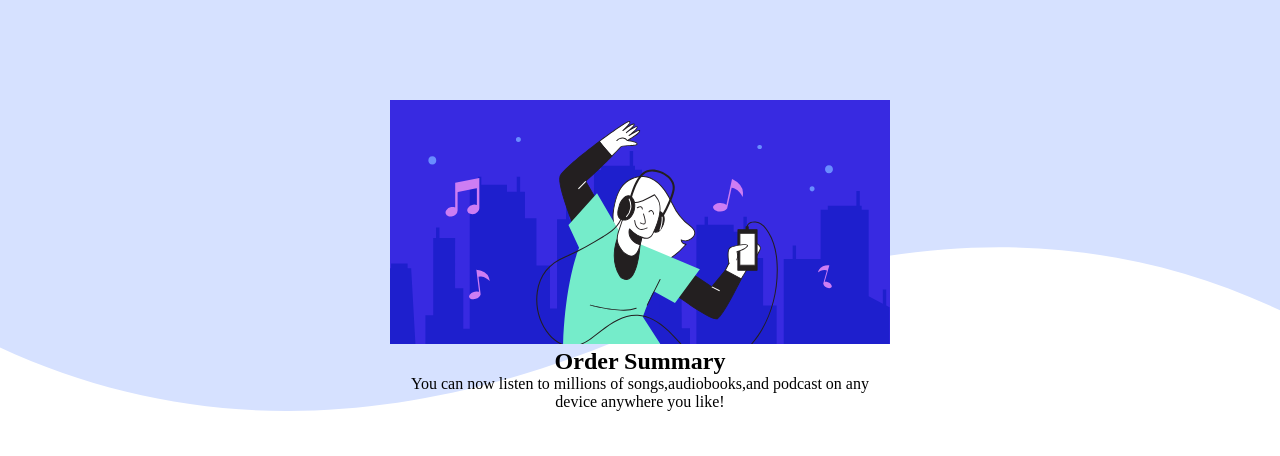
Repository: Eugene44-hub/newbie-project
Page: index.html
The author's editor kept a copy of each file at every save. The page is drawn from the files as they stood at one save, then again after the next save.
The browser window is 1280 px wide. The pictures show the whole page.

Above is the page before, as saved 2021-08-29 02:27:31.

### index.html
<!DOCTYPE html>
<html lang="en">

<head>
    <link rel="stylesheet" href="style.css">
    <meta charset="UTF-8">
    <meta http-equiv="X-UA-Compatible" content="IE=edge">
    <meta name="viewport" content="width=device-width, initial-scale=1.0">
    <title>Document</title>
</head>

<body>
    <div class="container">

        <div class="card-container">
            <div class="card">
                <div class="content">
                    <img src="illustration-hero.svg" alt="">
                    <div>
                        <h2>Order Summary</h2>
                        <p>You can now listen to millions of songs,audiobooks,and podcast on any device anywhere you like!</p>
                    </div>
                </div>

            </div>
        </div>

    </div>
</body>

</html>

### style.css
* {
    padding: 0;
    margin: 0;
}

.container {
    background-image: url('pattern-background-desktop.svg');
    background-repeat: no-repeat;
    background-position: center;
    background-size: cover;
}

.card-container {
    display: flex;
    justify-content: center;
    align-content: center;
    padding-top: 100px;
}

img {
    width: 100%;
}

.card {
    flex: 50%;
    max-width: 500px;
}

.content {
    text-align: center;
}

h2 {
    font-family: s;
}

After the next save:
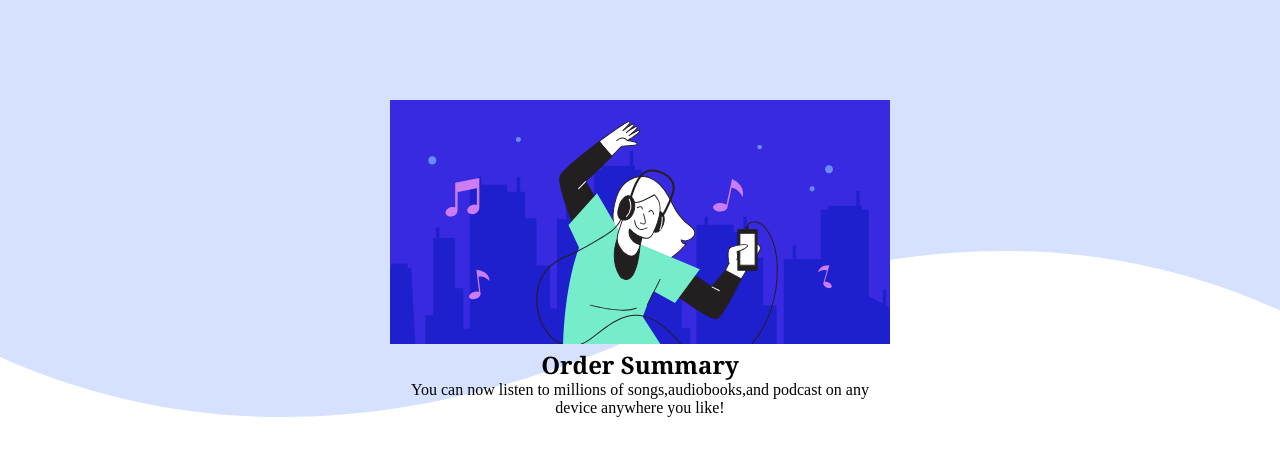
Saved 14 s later.
--- a/style.css
+++ b/style.css
@@ -31,5 +31,5 @@
 }
 
 h2 {
-    font-family: s;
+    font-family: Cambria, Cochin, Georgia, Times, 'Times New Roman', serif;
 }

After the save that followed:
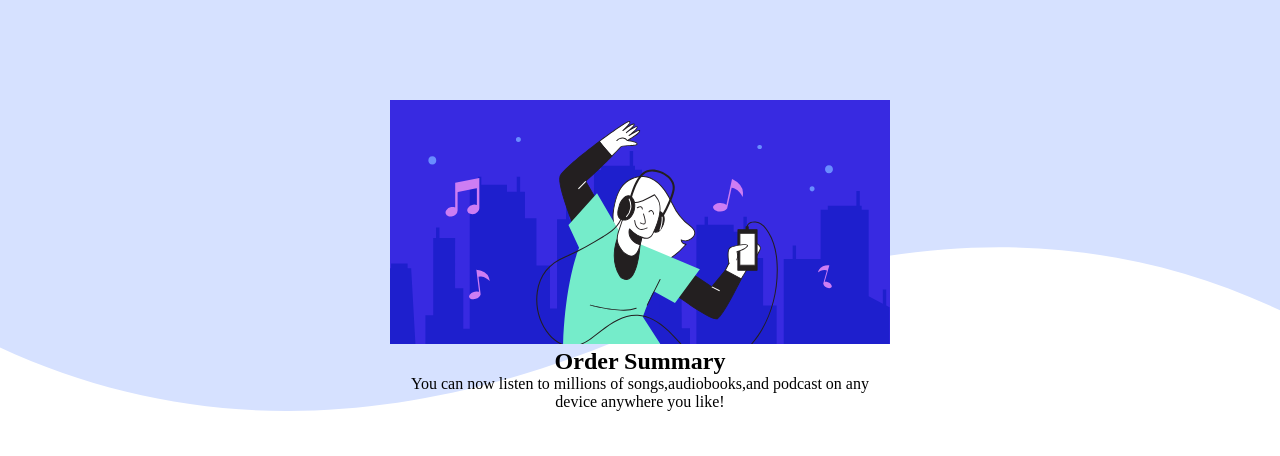
Saved 19 s later.
--- a/style.css
+++ b/style.css
@@ -31,5 +31,5 @@
 }
 
 h2 {
-    font-family: Cambria, Cochin, Georgia, Times, 'Times New Roman', serif;
+    font-family: ;
 }
